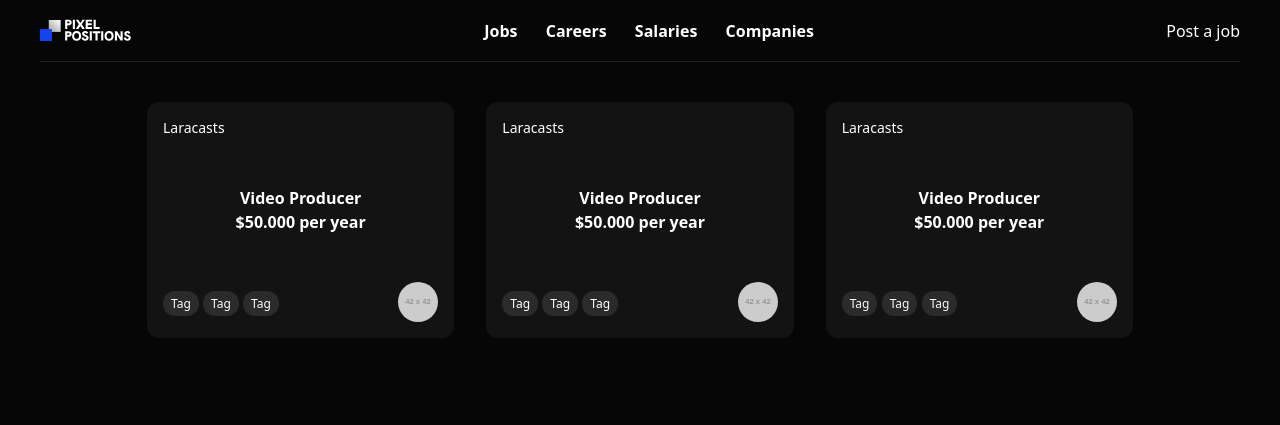
Repository: aggepap/pixel-positions-laravel
Page: http://localhost/
An editor plug-in stored every save of this project. The page is shown before and after the next save, followed by the edit.
The browser window is 1280 px wide. The pictures show the whole page.
The page is served by the project's Laravel application, run on PHP 8.4 with Laravel 12. Other server files are loaded and not shown. Style sheets and scripts are compiled from the project's sources, by tool versions that may differ from the author's.

Above is the page before, as saved 2025-02-21 20:43:42.

### resources/views/welcome.blade.php
<x-layout>
    <section>
      <x-section-heading/>
        <div class="grid lg:grid-cols-3 gap-8 mt-6">   <x-job-card />
            <x-job-card />
            <x-job-card />
        </div>

    </section>
</x-layout>

### resources/views/components/section-heading.blade.php
<h3>{{$slot}}</h3>

### resources/views/components/job-card.blade.php
<div class=" p-4 bg-white/5 rounded-xl flex flex-col gap-4 text-center">

  <div class="self-start text-sm">Laracasts</div>
  <div class="py-8 font-bold"><h3>Video Producer</h3>
  <p>$50.000 per year</p></div>
  <div class="flex justify-between items-center mt-auto">
      <div class="">
      <a href="#" class="bg-white/10 px-2 py-1 rounded-xl text-xs hover:bg-white/25 transition-colors duration-300">Tag</a>
      <a href="#" class="bg-white/10 px-2 py-1 rounded-xl text-xs hover:bg-white/25 transition-colors duration-300">Tag</a>
      <a href="#" class="bg-white/10 px-2 py-1 rounded-xl text-xs hover:bg-white/25 transition-colors duration-300">Tag</a>

  </div>
      <img src="https://placehold.co/42" alt="" class="w-10 h-10 rounded-full">
  </div>
</div>

### resources/views/components/layout.blade.php
<!DOCTYPE html>
<html lang="en">
<head>
  <meta charset="UTF-8">
  <meta name="viewport" content="width=device-width, initial-scale=1.0">
  <title>Pixel Positions</title>
  @vite(['resources/js/app.js', 'resources/css/app.css'])
</head>
<body class="bg-black text-white">
  <div class="px-10">
    <nav class="flex justify-between items-center py-4 border-b border-white/10">
      <div class="">
        <a href="/"> <img src="{{Vite::asset('resources/images/logo.svg')}}" alt="Logo"></a>

      </div>
      <div class="space-x-6 font-bold"><a href="#">Jobs</a>
      <a href="#">Careers</a>
      <a href="#">Salaries</a>
       <a href="#">Companies</a>
      </div>
      <div class=""><a href="#">Post a job</a></div>
    </nav>
    <main class="mt-10 max-w-[986px] mx-auto">{{$slot}}</main>
  </div>
</body>
</html>

### resources/images/logo.svg
<svg width="92" height="29" viewBox="0 0 92 29" fill="none" xmlns="http://www.w3.org/2000/svg">
    <path fill="url(#eq4u6l1jfa)" d="M8.787 4.021h11.877v11.877H8.787z"/>
    <path fill="#1544EF" d="M0 13.107h11.877v11.877H0z"/>
    <path d="M25.16 13V3.653h3.285c2.159 0 3.245.899 3.245 2.75 0 1.863-1.113 2.842-3.245 2.842H27.25V13H25.16zm2.091-5.686h.979c.858 0 1.354-.134 1.354-.885 0-.71-.429-.845-1.354-.845h-.979v1.73zM32.846 13V3.653h2.106V13h-2.106zm2.988 0 3.044-4.64-3.057-4.707h2.521L40.34 6.9l1.998-3.246h2.508L41.788 8.36 44.846 13h-2.521l-1.998-3.124L38.355 13h-2.52zm9.872 0V3.653h6.276v1.931h-4.17v1.61h3.969v1.944h-3.97v1.931h4.17V13h-6.275zm7.936 0V3.653h2.105v7.416h3.836V13h-5.941zM25.16 24.574v-9.347h3.285c2.159 0 3.245.898 3.245 2.75 0 1.863-1.113 2.842-3.245 2.842H27.25v3.755H25.16zm2.091-5.686h.979c.858 0 1.354-.134 1.354-.885 0-.71-.429-.845-1.354-.845h-.979v1.73zm9.367 5.927c-2.71 0-4.573-1.971-4.573-4.908 0-2.95 1.864-4.921 4.573-4.921 2.735 0 4.586 1.957 4.586 4.921 0 2.95-1.878 4.908-4.586 4.908zm0-2.011c1.515 0 2.467-1.113 2.467-2.897 0-1.797-.952-2.91-2.467-2.91-1.502 0-2.468 1.086-2.468 2.91 0 1.81.966 2.897 2.468 2.897zm8.63 1.97c-1.944 0-3.472-1.166-3.754-2.95l2.092-.522c.094 1.1.764 1.609 1.703 1.609.684 0 1.247-.335 1.247-1.046 0-.43-.429-.751-1.65-1.247-1.997-.805-2.721-1.542-2.721-2.977 0-1.556 1.22-2.655 3.057-2.655 1.3 0 2.347.603 2.95 1.81l-1.743 1.086c-.282-.684-.738-1.032-1.274-1.032-.483 0-.885.308-.885.75 0 .456.362.778 1.703 1.301 2.011.778 2.655 1.449 2.655 2.776 0 1.85-1.475 3.098-3.38 3.098zm4.478-.2v-9.347h2.106v9.347h-2.106zm5.724 0v-7.416h-2.736v-1.931h7.59v1.931h-2.722v7.416H55.45zm5.735 0v-9.347h2.105v9.347h-2.105zm7.91.241c-2.71 0-4.573-1.971-4.573-4.908 0-2.95 1.864-4.921 4.573-4.921 2.735 0 4.586 1.957 4.586 4.921 0 2.95-1.878 4.908-4.586 4.908zm0-2.011c1.515 0 2.467-1.113 2.467-2.897 0-1.797-.952-2.91-2.467-2.91-1.502 0-2.468 1.086-2.468 2.91 0 1.81.966 2.897 2.468 2.897zm11.487-7.577h2.105v9.347h-2.159l-3.513-5.726v5.726h-2.106v-9.347h2.146l3.527 5.7v-5.7zm6.848 9.548c-1.945 0-3.473-1.167-3.755-2.95l2.092-.523c.094 1.1.764 1.609 1.703 1.609.684 0 1.247-.335 1.247-1.046 0-.43-.429-.751-1.65-1.247-1.997-.805-2.721-1.542-2.721-2.977 0-1.556 1.22-2.655 3.057-2.655 1.3 0 2.347.603 2.95 1.81l-1.743 1.086c-.282-.684-.738-1.032-1.274-1.032-.483 0-.885.308-.885.75 0 .456.362.778 1.703 1.301 2.011.778 2.655 1.449 2.655 2.776 0 1.85-1.475 3.098-3.38 3.098z" fill="#fff"/>
    <defs>
        <linearGradient id="eq4u6l1jfa" x1="20.5" y1="4" x2="8" y2="16.5" gradientUnits="userSpaceOnUse">
            <stop stop-color="#fff"/>
            <stop offset="1" stop-color="#999"/>
        </linearGradient>
    </defs>
</svg>

### tailwind.config.js
import defaultTheme from "tailwindcss/defaultTheme";

/** @type {import('tailwindcss').Config} */
export default {
    content: [
        "./vendor/laravel/framework/src/Illuminate/Pagination/resources/views/*.blade.php",
        "./storage/framework/views/*.php",
        "./resources/**/*.blade.php",
        "./resources/**/*.js",
        "./resources/**/*.vue",
    ],
    theme: {
        extend: {
            fontFamily: {
                sans: ["Figtree", ...defaultTheme.fontFamily.sans],
            },
            colors: {
                black: "#060606",
            },
        },
    },
    plugins: [],
};

Loaded but not shown: app/Providers/AppServiceProvider.php (common file); routes/web.php (common file); resources/css/app.css (common file)

After the next save:
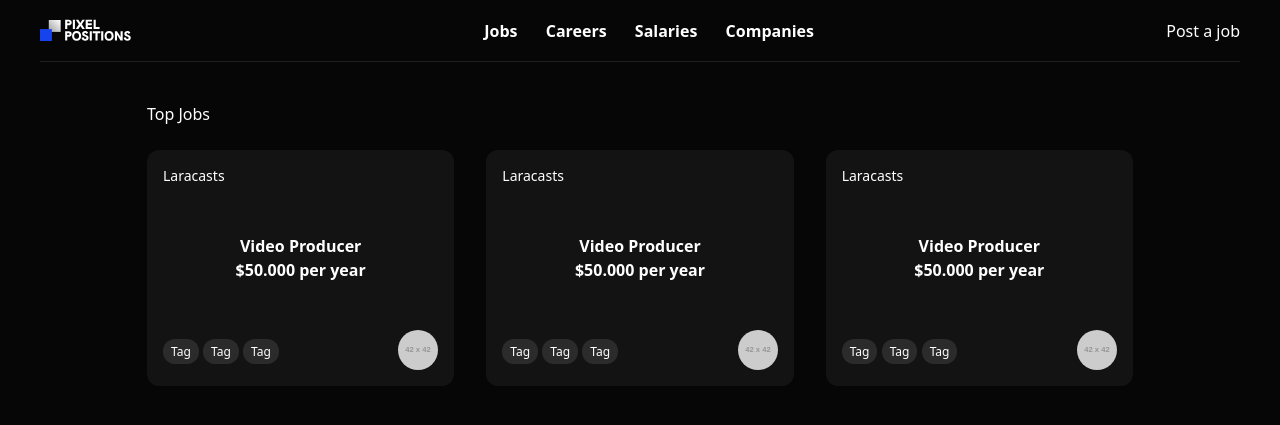
Saved 13 s later.
--- a/resources/views/welcome.blade.php
+++ b/resources/views/welcome.blade.php
@@ -1,6 +1,6 @@
 <x-layout>
     <section>
-      <x-section-heading/>
+      <x-section-heading>Top Jobs</x-section-heading>
         <div class="grid lg:grid-cols-3 gap-8 mt-6">   <x-job-card />
             <x-job-card />
             <x-job-card />
